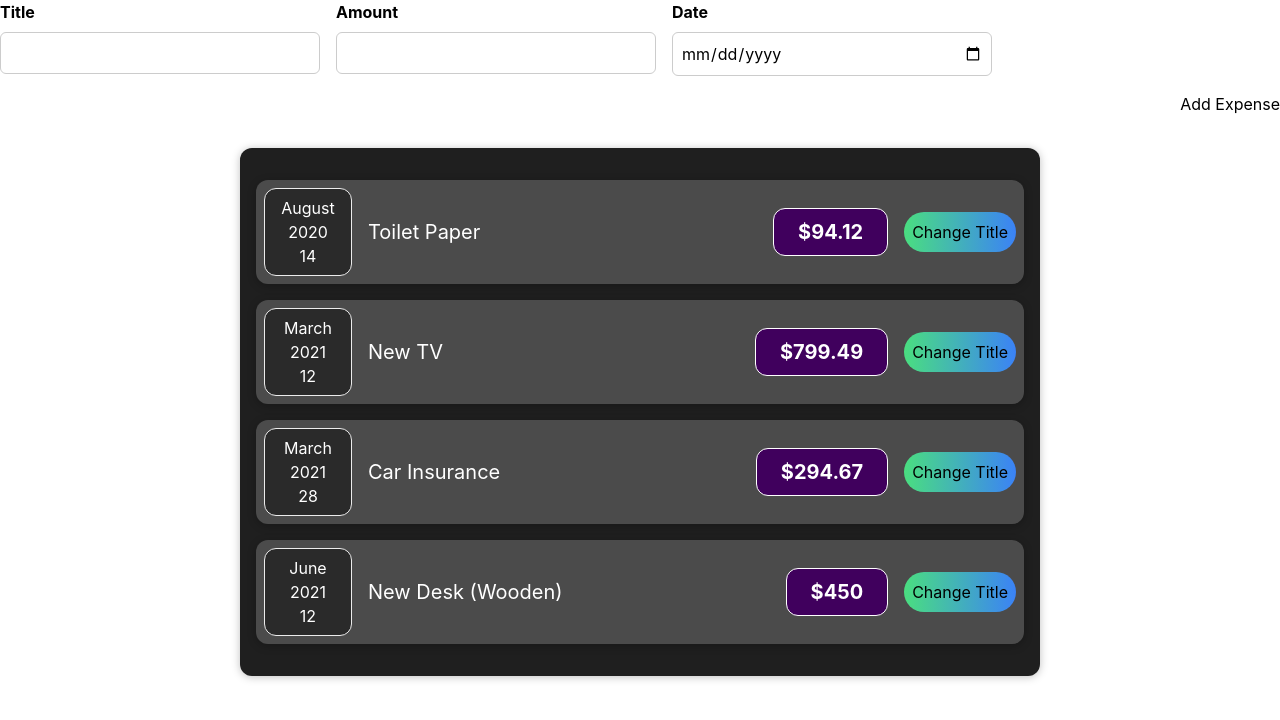
Repository: Sef24/expense-tracker
Page: /
These files come from the project's save history. The page is drawn as it stood at one moment and after the next save; the edit follows.
The browser window is 1280 px wide. The pictures show the whole page.
The project was rebuilt for these pictures with package versions that can differ from the ones it lists, and the page was loaded fresh each time. Also part of the build but not shown: src/components/NewExpense/NewExpense.css.

Above is the page before, as saved 2022-04-24 15:37:46.

After the next save:
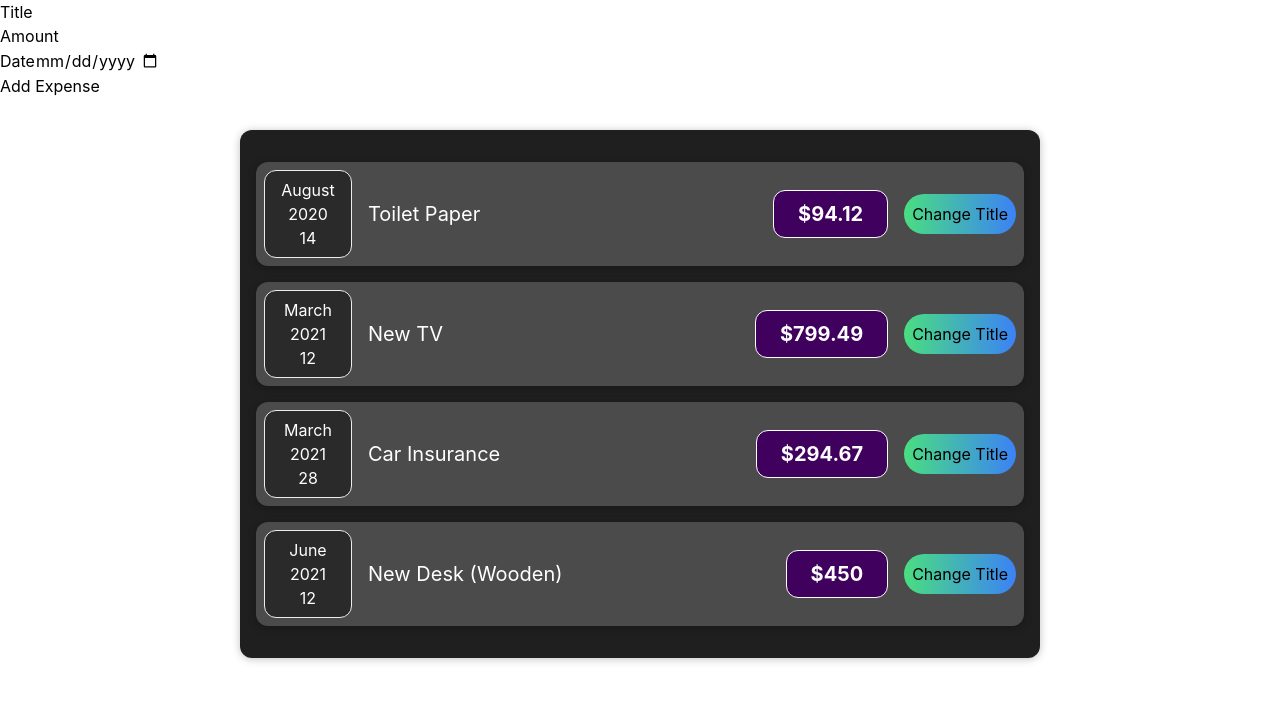
Saved 40 s later.
--- a/src/components/NewExpense/ExpenseForm.js
+++ b/src/components/NewExpense/ExpenseForm.js
@@ -33,8 +33,8 @@ function ExpenseForm() {
   };
   return (
     <form onSubmit={submitExpenseHandler}>
-      <div className="new-expense__controls">
-        <div className="new-expense__control">
+      <div>
+        <div>
           <label>Title</label>
           <input
             type="text"
@@ -43,7 +43,7 @@ function ExpenseForm() {
           />
         </div>
 
-        <div className="new-expense__control">
+        <div>
           <label>Amount</label>
           <input
             type="number"
@@ -54,7 +54,7 @@ function ExpenseForm() {
           />
         </div>
 
-        <div className="new-expense__control">
+        <div>
           <label>Date</label>
           <input
             type="date"
@@ -66,7 +66,7 @@ function ExpenseForm() {
         </div>
       </div>
 
-      <div className="new-expense__actions">
+      <div>
         <button type="submit">Add Expense</button>
       </div>
     </form>
